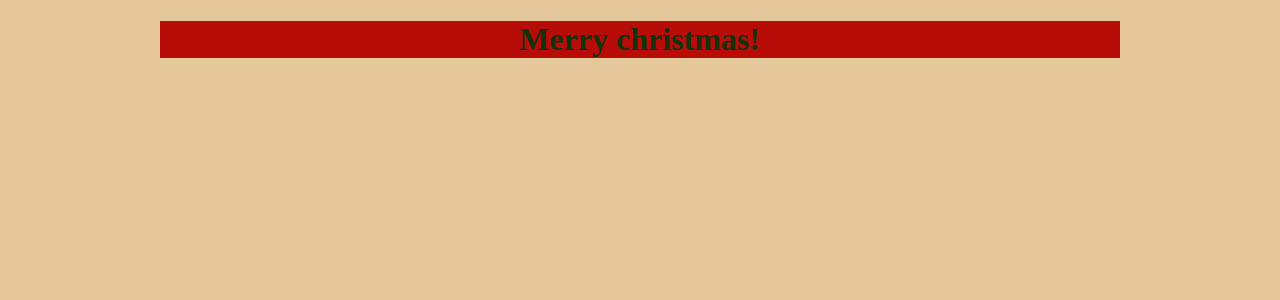
Repository: Angamanga/1dv403-laborationer
Page: 3-gameon/memory/index.html
The author's editor kept a record of every edit. The page is drawn from the files as they stood at one moment, then again after the next edit.
The browser window is 1280 px wide. The pictures show the whole page.
Some web fonts or font styles are not loaded; a fallback is used.

Above is the page before.
Console error: SyntaxError: Unexpected end of input

After the next edit:
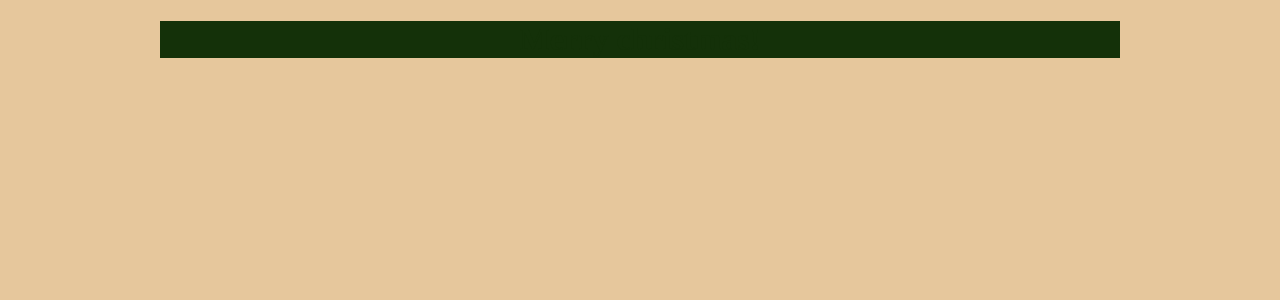
The edit:
--- a/3-gameon/memory/css/style.css
+++ b/3-gameon/memory/css/style.css
@@ -7,7 +7,7 @@
 
 main{
     max-width:960px;
-    background-color:#B80C09;
+    background-color:#143109;
     margin:auto;
     text-align:center;
 }
